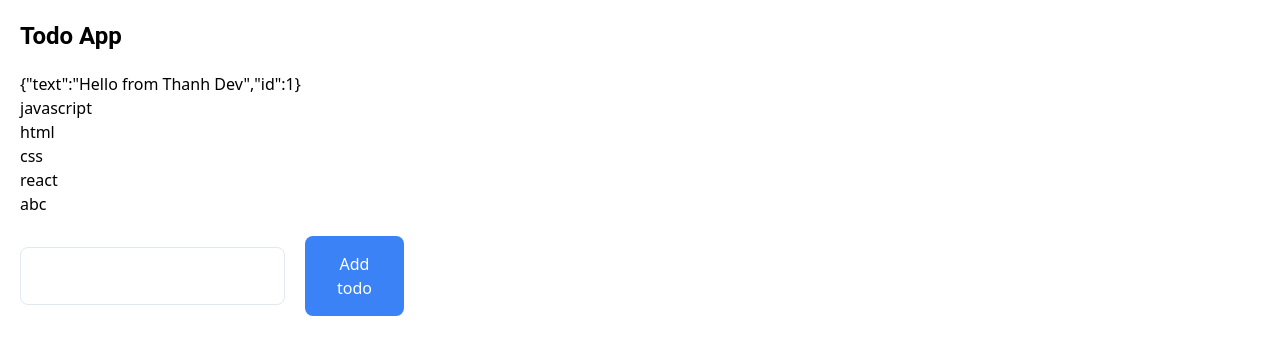
Repository: vophuocthanh/react-typescript
Page: /
These files come from the project's save history. The page is drawn as it stood at one moment and after the next save; the edit follows.
The browser window is 1280 px wide. The pictures show the whole page.
The project was rebuilt for these pictures with package versions that can differ from the ones it lists, and the page was loaded fresh each time. Also part of the build but not shown: vite.config.ts.

Above is the page before, as saved 2023-04-07 13:07:27.

After the next save:
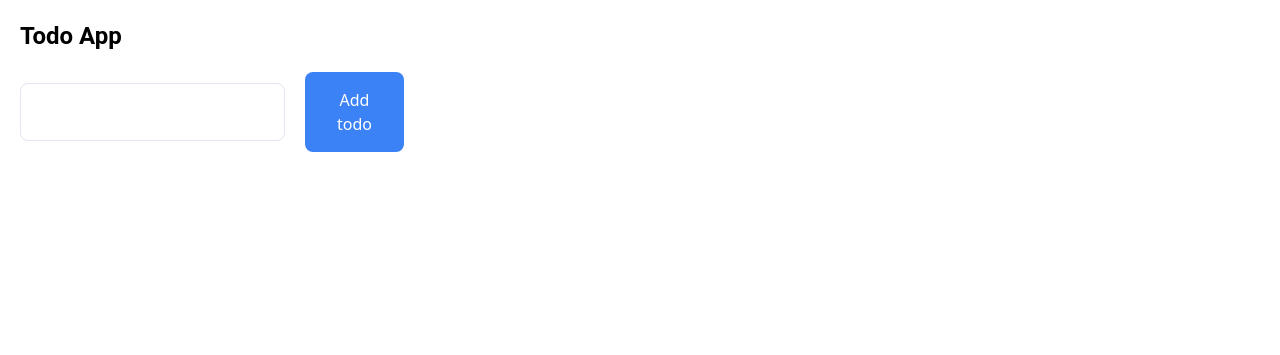
Saved 2 min 46 s later.
--- a/src/App.tsx
+++ b/src/App.tsx
@@ -24,16 +24,16 @@ const App = () => {
   return (
     <div>
       <Heading title="Todo App"></Heading>
-      {JSON.stringify(data)}
+      {/* {JSON.stringify(data)}
       <List
         items={["javascript", "html", "css", "react"]}
         onClickItem={(item: string) => onClickItem(item)}
       ></List>
       <Boxed>
         <div>abc</div>
-      </Boxed>
+      </Boxed> */}
       <div className="max-w-sm">
-        <div className="flex flex-col mb-5 gap-y-5">
+        {/* <div className="flex flex-col mb-5 gap-y-5">
           {todos.map((todo) => (
             <div className="flex items-center gap-x-3" key={todo.id}>
               <span>{todo.text}</span>
@@ -45,7 +45,8 @@ const App = () => {
               </button>
             </div>
           ))}
-        </div>
+        </div> */}
+
         <div className="flex items-center gap-x-5">
           <input
             type="text"
